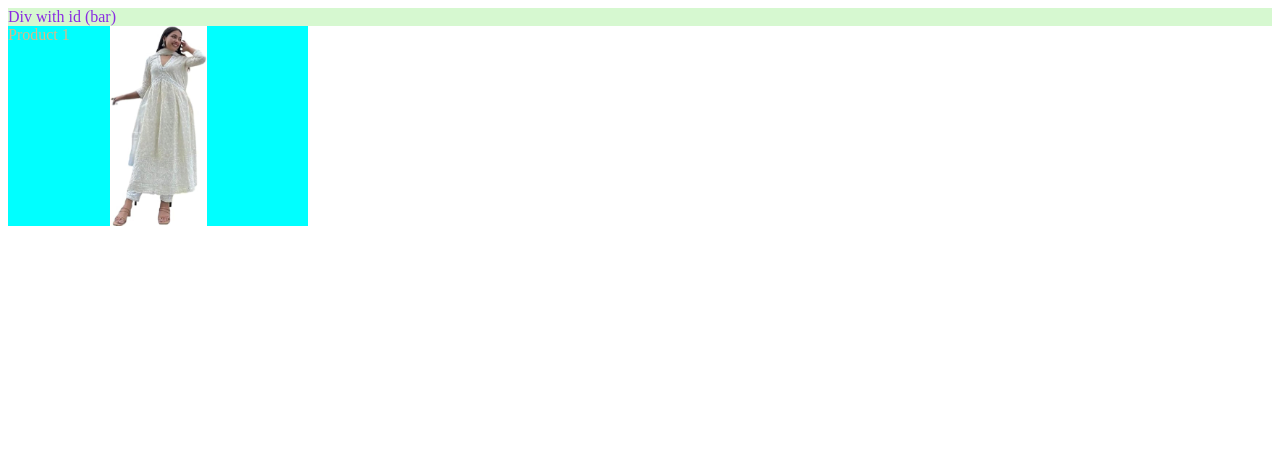
Repository: nihalani20/CSS-by-KG
Page: Practice set/index.html
An editor plug-in stored every save of this project. The page is shown before and after the next save, followed by the edit.
The browser window is 1280 px wide. The pictures show the whole page.

Above is the page before, as saved 2023-11-24 18:22:56.

### Practice set/index.html
<!DOCTYPE html>
<html lang="en">
<head>
    <meta charset="UTF-8">
    <meta name="viewport" content="width=device-width, initial-scale=1.0">
    <title>project css level2</title>
<style>

#bar
{

    background-color: rgba(50, 219, 20, 0.2);
    color:blueviolet
}
/* give height as it doesn't know where to start and end */
main{
    color:burlywood;
    height: 500px;
}
#product{
     height: 200px;
     width:300px;
    background-image: url(images/kurt\ image.jpg);
    background-position: center;
    background-repeat: no-repeat;
    background-size: contain;
     background-color: aqua;


/* shorthand property
     background: aqua url(images/kurt\ image.jpg)
    no-repeat center  ; */
}
</style>
</head>
<body>
    <header><div id="bar">Div with id (bar)</div></header>

    <main>
        <div id="product">Product 1</div>
    </main>




</body>
</html>

After the next save:
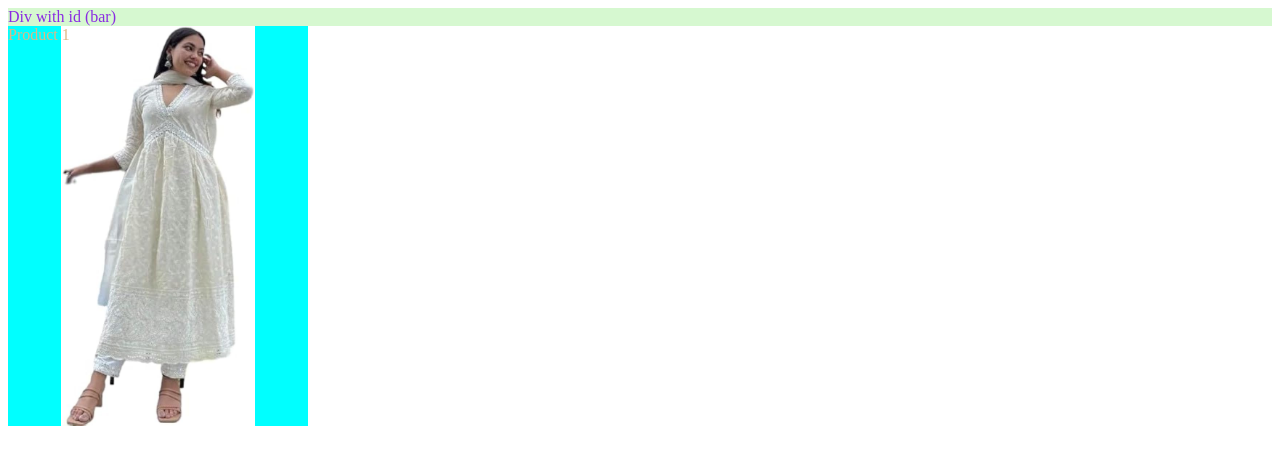
Saved 8 s later.
--- a/Practice set/index.html
+++ b/Practice set/index.html
@@ -18,7 +18,7 @@ main{
     height: 500px;
 }
 #product{
-     height: 200px;
+     height: 400px;
      width:300px;
     background-image: url(images/kurt\ image.jpg);
     background-position: center;
